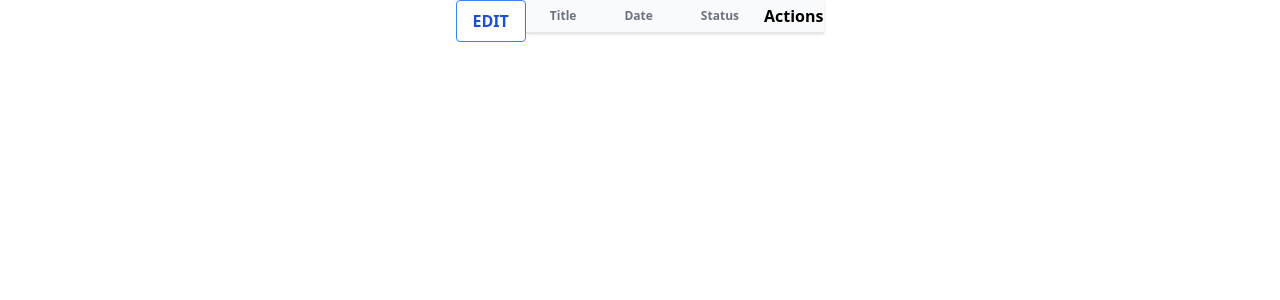
Repository: maikeru-desu/parking-lot
Page: / (app in parking-lot-fe/)
These files come from the project's save history. The page is drawn as it stood at one moment and after the next save; the edit follows.
The browser window is 1280 px wide. The pictures show the whole page.
The page's requests for data from a server got no answer. The project was rebuilt for these pictures with package versions that can differ from the ones it lists, and the page was loaded fresh each time. No one was signed in, and anything a server would have sent is missing. Also part of the build but not shown: parking-lot-fe/craco.config.js.

Above is the page before, as saved 2021-10-14 02:46:23.

After the next save:
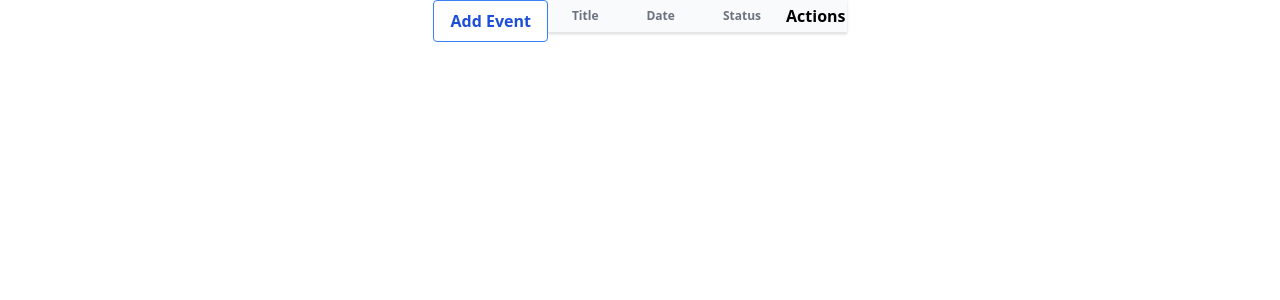
Saved 23 s later.
--- a/parking-lot-fe/src/pages/Home.js
+++ b/parking-lot-fe/src/pages/Home.js
@@ -19,7 +19,7 @@ const Home = () => {
     return (
         <div className="container flex justify-center mx-auto">
             <button class="bg-transparent hover:bg-blue-500 text-blue-700 font-semibold hover:text-white py-2 px-4 border border-blue-500 hover:border-transparent rounded">
-                EDIT
+                Add Event
             </button>
             <div className="flex flex-col">
                 <div className="w-full">
